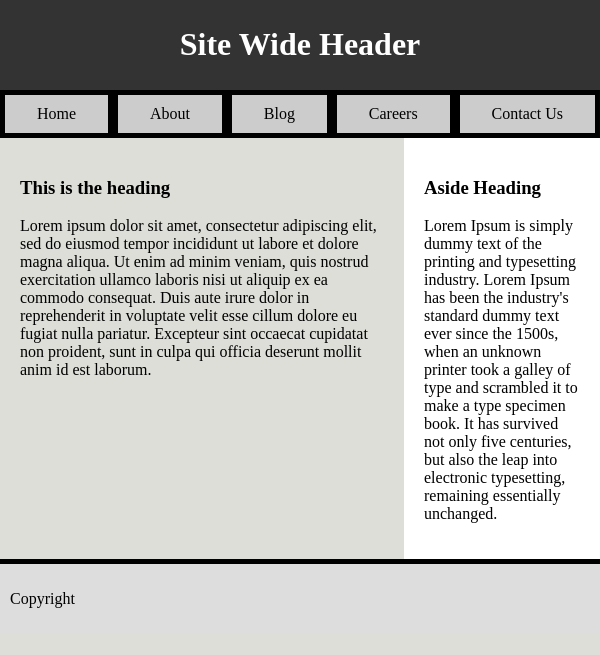
Repository: ayeza-baseer/AssignmentFlexbox
Page: assignment.html
The author's editor kept a copy of each file at every save. The page is drawn from the files as they stood at one save, then again after the next save.
The browser window is 600 px wide. The pictures show the whole page.

Above is the page before, as saved 2023-03-17 14:31:16.

After the next save:
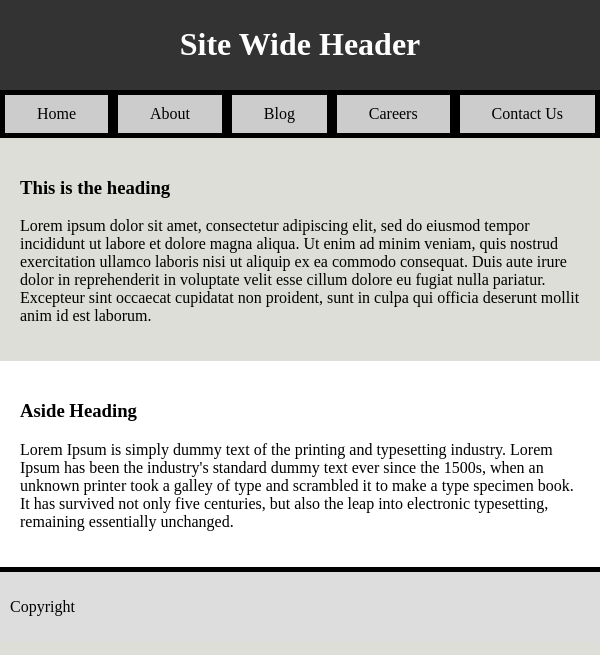
Saved 3 min 6 s later.
--- a/assignment.css
+++ b/assignment.css
@@ -58,3 +58,9 @@ body {
     border-top: 5px solid black;
     background: #ddd;
   }
+
+  @media screen and (max-width: 700px) {
+    .row {
+      flex-direction: column;
+    }
+  }
